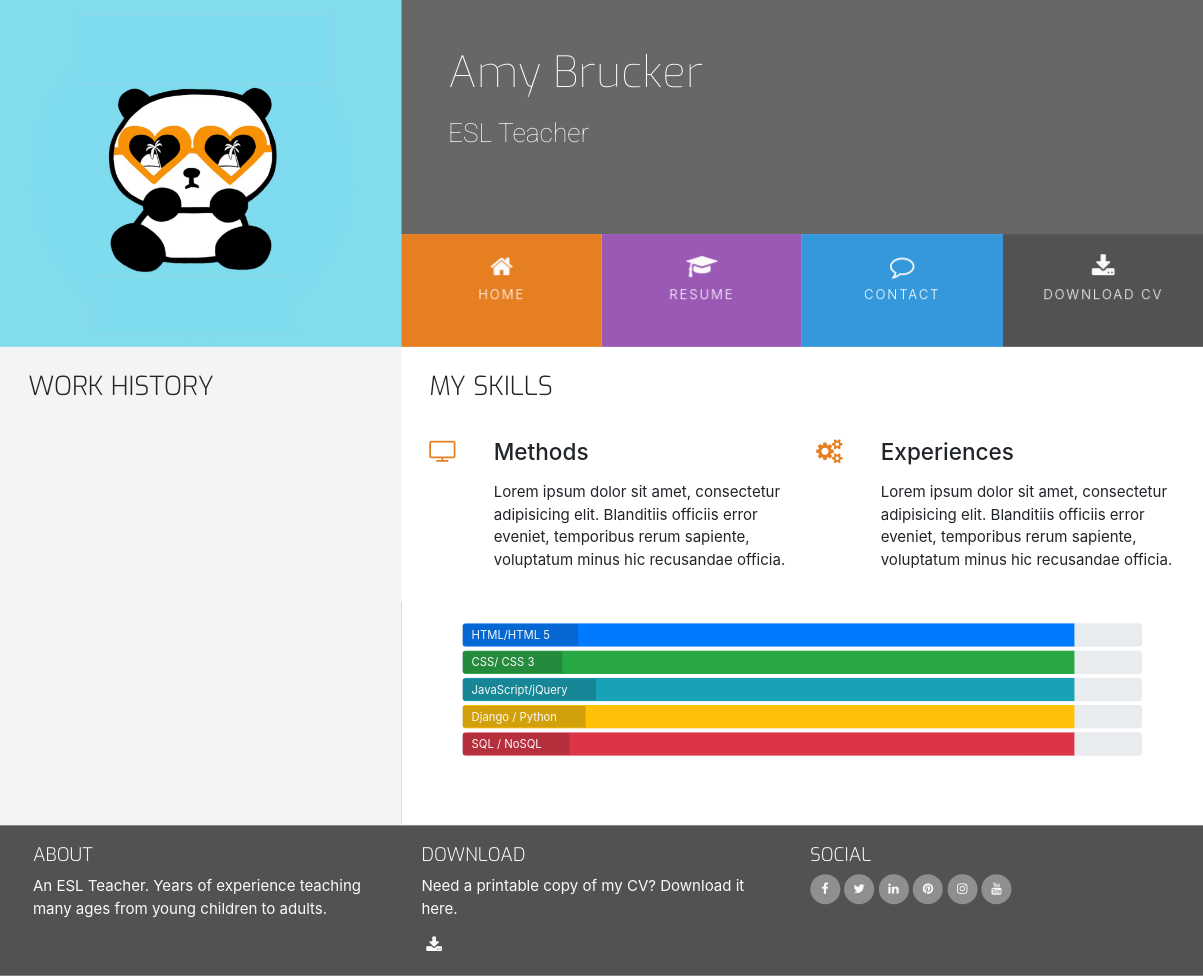
Repository: amybru/resume
Page: resume.html
The author's editor kept a record of every edit. The page is drawn from the files as they stood at one moment, then again after the next edit.
The browser window is 1280 px wide. The pictures show the whole page, at 94% of full size.
Some web libraries are served in a nearby version.

Above is the page before.

### resume.html
<!DOCTYPE html>
<html lang="en">
<head>
    <meta charset="UTF-8">
    <meta name="viewport" content="width=device-width, initial-scale=1.0">
    <meta http-equiv="X-UA-Compatible" content="ie=edge">
    <link rel="stylesheet" href="https://maxcdn.bootstrapcdn.com/bootstrap/4.2.1/css/bootstrap.min.css" type="text/css" />
    <link rel="stylesheet" href="https://maxcdn.bootstrapcdn.com/font-awesome/4.7.0/css/font-awesome.min.css" type="text/css" />
    <link rel="stylesheet" href="https://cdnjs.cloudflare.com/ajax/libs/hover.css/2.3.1/css/hover-min.css" type="text/css" />
    <link rel="stylesheet" href="assets/css/style.css">
    <title>Amy</title>
</head>
<body>
    <header>
        <div class="row no-gutters">
            <a class="col-md-4 logo" href="index.html"></a>
            <div class="col-md-8">
                <div class="row bg-color-name-title no-gutters">
                    <div class="col heading">
                        <h1 class="name">Amy Brucker</h1>
                        <h2 class="title"> ESL Teacher</h2>
                    </div>
                </div>
                <div class="row no-gutters">
                    <div class="col">
                        <ul id="nav" class="list-inline menucontainer">
                            <li class="col-6 col-sm-3 list-inline-item ui-menu-color-home menuitem">
                                <a href="#" class="hvr-sweep-to-bottom"><i class="fa fa-home" aria-hidden="true"></i><span>Home</span></a>
                            </li>
                            <li class="col-6 col-sm-3 list-inline-item ui-menu-color-resume menuitem">
                                <a href="#" class="hvr-sweep-to-bottom"><i class="fa fa-graduation-cap" aria-hidden="true"></i><span>Resume</span></a>
                            </li>
                            <li class="col-6 col-sm-3 list-inline-item ui-menu-color-contact menuitem">
                                <a href="#" class="hvr-sweep-to-bottom"><i class="fa fa-comment-o" aria-hidden="true"></i><span>Contact</span></a>
                            </li>
                            <li class="col-6 col-sm-3 list-inline-item ui-menu-color-download menuitem">
                                <a href="#" class="hvr-sweep-to-bottom"><i class="fa fa-download" aria-hidden="true"></i><span>Download CV</span></a>
                            </li>
                        </ul>
                    </div>
                </div>
            </div>
        </div>
    </header>


    <section class="container-fluid">
        <div class="row">
            <div class="col-md-4 bg-color-personal-info section-column">
                <div class="row">
                    <div class="col-12">
                        <h3 class="section-heading uppercase">
                            Work History
                        </h3>
                    </div>
                </div>
            </div>

            <div class="col-md-8 bg-color-three-reasons section-column">
                <div class="row">
                    <div class="col">
                        <h3 class="section-heading uppercase">My Skills</h3>
                    </div>
                </div>

                <div class="row">
                    <div class="col-10 offset-1 offset-sm-0 col-sm-4 col-md-6">
                        <div class="row">
                            <div class="col-2">
                                <i class="three-reasons-icon fa fa-tv" aria-hidden="true"></i>
                            </div>
                            <div class="col-10">
                                <h4 class="three-reasons-heading">Methods</h4>
                                <p>Lorem ipsum dolor sit amet, consectetur adipisicing elit. Blanditiis officiis error eveniet, temporibus rerum sapiente, voluptatum minus hic recusandae officia.</p>
                            </div>
                        </div>
                    </div>
                    <div class="col-10 offset-1 offset-sm-0 col-sm-4 col-md-6">
                        <div class="row">
                            <div class="col-2">
                                <i class="three-reasons-icon fa fa-gears" aria-hidden="true"></i>
                            </div>
                            <div class="col-10">
                                <h4 class="three-reasons-heading">Experiences</h4>
                                <p>Lorem ipsum dolor sit amet, consectetur adipisicing elit. Blanditiis officiis error eveniet, temporibus rerum sapiente, voluptatum minus hic recusandae officia.</p>
                            </div>
                        </div>
                    </div>
                </div>

                <div class="row progress-section">
                    <div class="col">
                        <div class="progress">
                            <div class="progress-bar" role="progressbar" aria-valuenow="90" aria-valuemin="0" aria-valuemax="100" style="width:90%">
                                <span class="sr-only">90% complete</span>
                                <span class="progress-type">HTML/HTML 5</span>
                            </div>
                        </div>
                        <div class="progress">
                            <div class="progress-bar bg-success" role="progressbar" aria-valuenow="80" aria-valuemin="0" aria-valuemax="100" style="width:90%">
                                <span class="sr-only">80% complete</span>
                                <span class="progress-type">CSS/ CSS 3</span>
                            </div>
                        </div>
                        <div class="progress">
                            <div class="progress-bar bg-info" role="progressbar" aria-valuenow="70" aria-valuemin="0" aria-valuemax="100" style="width:90%">
                                <span class="sr-only">70% complete</span>
                                <span class="progress-type">JavaScript/jQuery</span>
                            </div>
                        </div>
                        <div class="progress">
                            <div class="progress-bar bg-warning" role="progressbar" aria-valuenow="80" aria-valuemin="0" aria-valuemax="100" style="width:90%">
                                <span class="sr-only">80% complete</span>
                                <span class="progress-type">Django / Python</span>
                            </div>
                        </div>
                        <div class="progress">
                            <div class="progress-bar bg-danger" role="progressbar" aria-valuenow="9=80" aria-valuemin="0" aria-valuemax="100" style="width:90%">
                                <span class="sr-only">80% complete</span>
                                <span class="progress-type">SQL / NoSQL</span>
                            </div>
                        </div>
                    </div>
                </div>
            </div>
        </div>
    </section>


    <footer class="container-fluid">
        <div id="footer-details" class="row">
            <div class="col-sm-4">
                <h5 class="uppercase general-sub">About</h5>
                <p class="inline-block">An ESL Teacher. Years of experience teaching many ages from young children to adults.</p>
            </div>

            <div class="col-sm-4">
                <h5 class="uppercase general-sub">Download</h5>
                <p class="inline-block">Need a printable copy of my CV? Download it here.</p>
                <a href="#" target="_blank" class="cv-pdf">
                    <i class="fa fa-download" aria-hidden="true"></i>
                    <span class="sr-only">Download link</span>
                </a>
            </div>

            <div class="col-sm-4">
                <h5 class="uppercase general-sub">Social</h5>
                <ul class="list-inline social-links">
                    <li class="list-inline-item">
                        <a target="_blank" href="#">
                            <i class="fa fa-facebook" aria-hidden="true"></i>
                            <span class="sr-only"Facebook></span>
                        </a>
                    </li>
                    <li class="list-inline-item">
                        <a target="_blank" href="#">
                            <i class="fa fa-twitter" aria-hidden="true"></i>
                            <span class="sr-only"Twitter></span>
                        </a>
                    </li>
                    <li class="list-inline-item">
                        <a target="_blank" href="#">
                            <i class="fa fa-linkedin" aria-hidden="true"></i>
                            <span class="sr-only">linkedin</span>
                        </a>
                    </li>
                    <li class="list-inline-item">
                        <a target="_blank" href="#">
                            <i class="fa fa-pinterest" aria-hidden="true"></i>
                            <span class="sr-only"Pinterest></span>
                        </a>
                    </li>
                    <li class="list-inline-item">
                        <a target="_blank" href="#">
                            <i class="fa fa-instagram" aria-hidden="true"></i>
                            <span class="sr-only"Instagram></span>
                        </a>
                    </li>
                    <li class="list-inline-item">
                        <a target="_blank" href="#">
                            <i class="fa fa-youtube" aria-hidden="true"></i>
                            <span class="sr-only"Youtube></span>
                        </a>
                    </li>
                </ul>
            </div>
        </div>


    </footer>
</body>
</html>

### assets/css/style.css
@import url('https://fonts.googleapis.com/css?family=Roboto:100,300,400,400i,500,700&display=swap');
@import url('https://fonts.googleapis.com/css?family=Exo:100,200,300,400,400i,500,600,700,800&display=swap');


/*--------------------------------------------Colors*/

.bg-color-name-title {
    background-color: #676767;
}

.bg-color-three-reasons {
    background-color: #fff;
}

.bg-color-personal-info {
    background-color: #f4f4f4;
}

.bg-color-work-history {
    background-color: #9b59b6;
}

.ui-menu-color-home {
    background-color: #e67e22;
}

.ui-menu-color-resume {
    background-color: #9b59b6;
}

.ui-menu-color-contact {
    background-color: #3498db;
}

.ui-menu-color-download {
    background-color: #525252;
}

.row-table {
    display: table;
}

.section-column {
    display: table-cell;
    padding: 0 30px 30px;
    float: none;
}

.section-heading {
    font-family: "Exo", sans-serif;
    font-weight: 300;
    margin-top: 25px;
    margin-bottom: 40px;
}

.bg-color-contact {
    background-color: #ffffff;
}

/* ----------------------------------------Special paddings/margins/text */

h1,
h2,
h3,
h4 {
    margin: 0;
}

.uppercase {
    text-transform: uppercase;
}

.general-sub {
    font-family: "Exo", sans-serif;
    font-weight: 300;
    color: #fafafa;
}

.inline-block {
    display: inline-block;
}

.row-table {
    display: table;
}

.section-column {
    display: table-cell;
    padding: 0 30px 30px;
    float: none;
}

.history-heading,
.section-heading {
    font-family: "Exo", sans-serif;
    font-weight: 300;
    margin-top: 25px;
    margin-bottom: 40px;
}

/*--------------------------------------------Heading*/

header {
    margin: 0;
}

.heading {
    margin-left: 50px;
}

.logo {
    background: url("../images/miamipanda2.jpg");
    background-position: center;
    background-repeat: no-repeat;
    background-size: cover;
    min-height: 360px;
    transition: all .5s ease-in-out;
    -moz-transition: all .5s ease-in-out;
    -webkit-transition: all .5s ease-in-out;
}

.name {
    font-family: "Exo", sans-serif;
    font-weight: 100;
    font-size: 46px;
    margin-top: 50px;
    color: #fff;
}

.title {
    font-family: "Roboto", sans-serif;
    font-weight: 200;
    font-size: 28px;
    margin-top: 20px;
    margin-bottom: 90px;
    color: #fff;
}

.list-inline-item:not(:last-child) {
    margin: 0;
}

.menucontainer {
    font-size: 0;
}

#nav li {
    font-size: 14px;
    padding: 0;
}

#nav {
    margin: 0;
}

.menuitem {
    height: 120px;
    text-align: center;
    padding: 0;
}

.menuitem a {
    width: 100%;
    text-decoration: none;
    color: #fff;
    height: 120px;
}

.menuitem a i {
    padding-top: 22px;
    display: block;
    color: #fafafa;
    font-size: 26px;
}

.menuitem span {
    display: block;
    width: 100%;
    padding-top: 5px;
    text-align: center;
    text-transform: uppercase;
    font-size: 14px;
    font-weight: 300;
    letter-spacing: 2px;
}

/*--------------------------------------------Hover.css*/

.hvr-sweep-to-bottom:before {
    background: rgba(0, 0, 0, 0.2);
    height: 120px;
}

/* ----------------------------------------Footer */

footer {
    background-color: #525252;
    color: #fafafa;
    min-height: 120px;
    margin: 0;
}

.cv-pdf i {
    font-size: 18px;
    color: #fafafa;
    text-align: center;
    padding-left: 5px;
    transition: all 0.35s ease-in-out;
    -moz-transition: all 0.35s ease-in-out;
    -webkit-transition: all 0.35s ease-in-out;
    -o-transition: all 0.35s ease-in-out;
}

.cv-pdf i:hover {
    color: #e84610;
}

.social-links {
    padding-bottom: 15px;
}

.social-links li a i {
    width: 32px;
    height: 32px;
    padding: 12px 0;
    border-radius: 50%;
    font-size: 13px;
    line-height: 7px;
    text-align: center;
    color: #fafafa;
    background: #8f8f8f;
    transition: all 0.35s ease-in-out;
    -moz-transition: all 0.35s ease-in-out;
    -webkit-transition: all 0.35s ease-in-out;
    -o-transition: all 0.35s ease-in-out;
}

.social-links li a i:hover {
    background: #e84610;
}

#footer-details {
    padding: 20px;
}

/* ----------------------------------------Three Reasons */

.three-reasons-icon {
    font-size: 26px;
    color: #e67e22;
}

.three-reasons-heading {
    margin-bottom: 15px;
}

/* ----------------------------------------Personal Info */

.personal-info-item {
    margin-bottom: 20px;
    display: block;
    clear: both;
}

.personal-info-item .key,
.personal-info-item .value {
    padding-right: 8px;
    display: inline-block;
}

.personal-info-item .key p,
.personal-info-item .value p {
    margin: 0;
}

.personal-info-item .key {
    width: 30%;
    margin-right: 21px;
    padding-top: 2px;
    vertical-align: top;
}

.personal-info-item .key p {
    font-weight: 700;
}

.personal-info-item .value {
    position: relative;
    width: 60%;
}

/* ----------------------------------------Skills */

.progress {
    position: relative;
    height: 25px;
    margin-bottom: 4px;
}

.progress-type {
    position: absolute;
    left: 0px;
    font-weight: 400;
    padding: 3px 30px 2px 10px;
    color: #fafafa;
    background-color: rgba(25, 25, 25, 0.2);
}

.progress-section {
    margin: 40px 20px;
}

/* ----------------------------------------Work History */

.history-heading {
    color: #fafafa;
    margin-bottom: 50px;
}

.timeline-item {
    padding: 4em 2em 0em 2em;
    position: relative;
    color: #fafafa;
    border-left: 1px solid;
}

.timeline-item p {
    padding: 0;
    margin: 0;
}

.timeline-item:before {
    content: attr(data-dates);
    position: absolute;
    left: 2.5em;
    top: 3em;
    display: block;
    font-family: "Exo", sans-serif;
    font-weight: 500;
    font-size: 0.8em;
    padding: 0;
    margin: 0;
}

.timeline-item:after {
    width: 12px;
    height: 12px;
    display: block;
    top: 2.4em;
    position: absolute;
    left: -6px;
    border-radius: 12px;
    content: '';
    background: #fafafa;
}

.history-items {
    margin-bottom: 30px;
}


/* ----------------------------------------Contact */

.contact-heading {
    font-family: "Exo", sans-serif;
    font-weight: 300;
    margin-top: 25px;
    margin-bottom: 20px;
}

.center-form {
    padding: 10px;
    margin: 0 auto;
    max-width: 70%;
}

button[type="submit"] {
    margin-top: 15px;
    margin-bottom: 30px;
    color: #fafafa;
    background-color: #e84610;
}


/* ----------------------------------------Media Queries */

@media(min-width: 992px) {
    .center-form {
    padding-top: 30px;
    min-height: 240px;
    margin: 0 auto;
    max-width: 50%;
}
}

After the next edit:
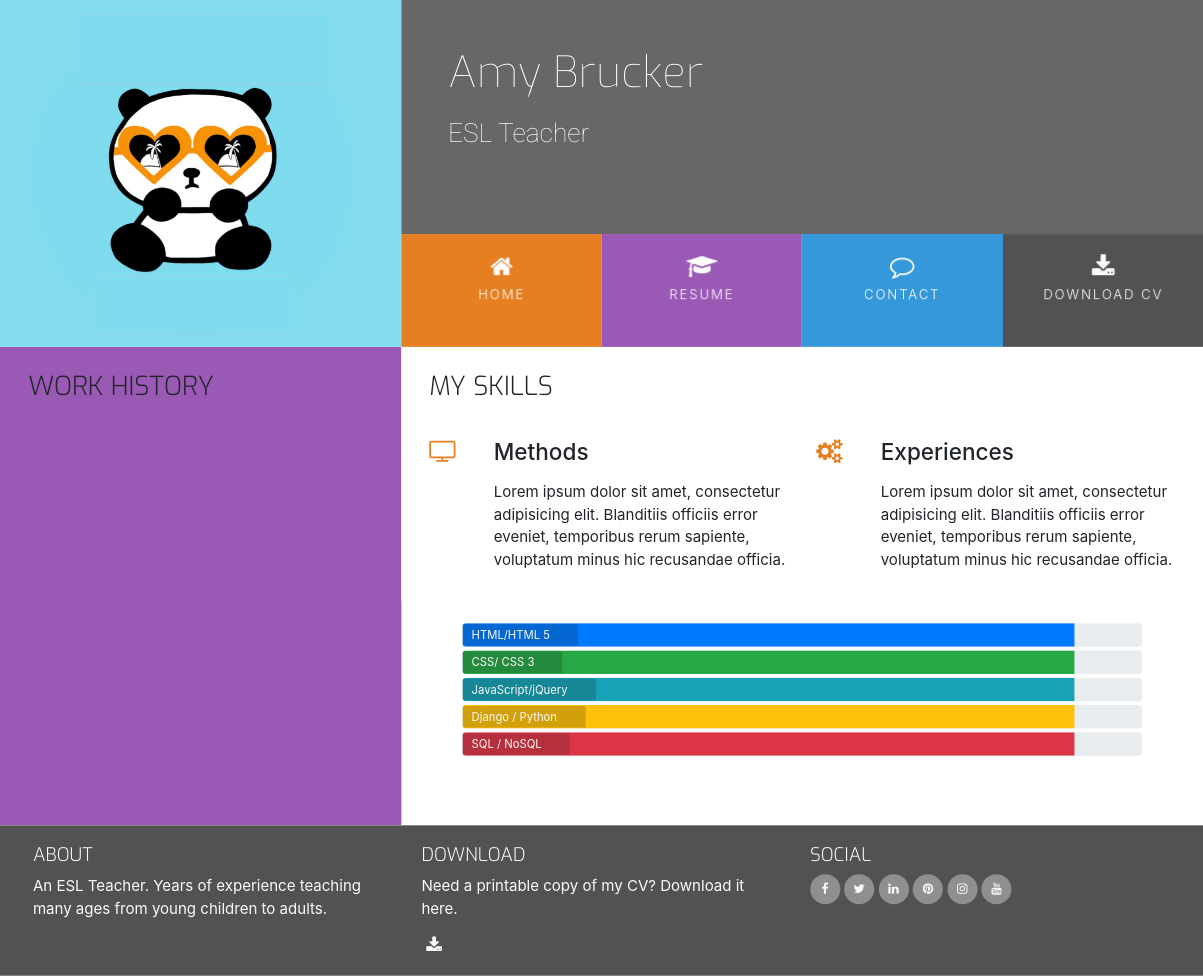
The edit:
--- a/resume.html
+++ b/resume.html
@@ -46,7 +46,7 @@
 
     <section class="container-fluid">
         <div class="row">
-            <div class="col-md-4 bg-color-personal-info section-column">
+            <div class="col-md-4 bg-color-work-history section-column">
                 <div class="row">
                     <div class="col-12">
                         <h3 class="section-heading uppercase">
